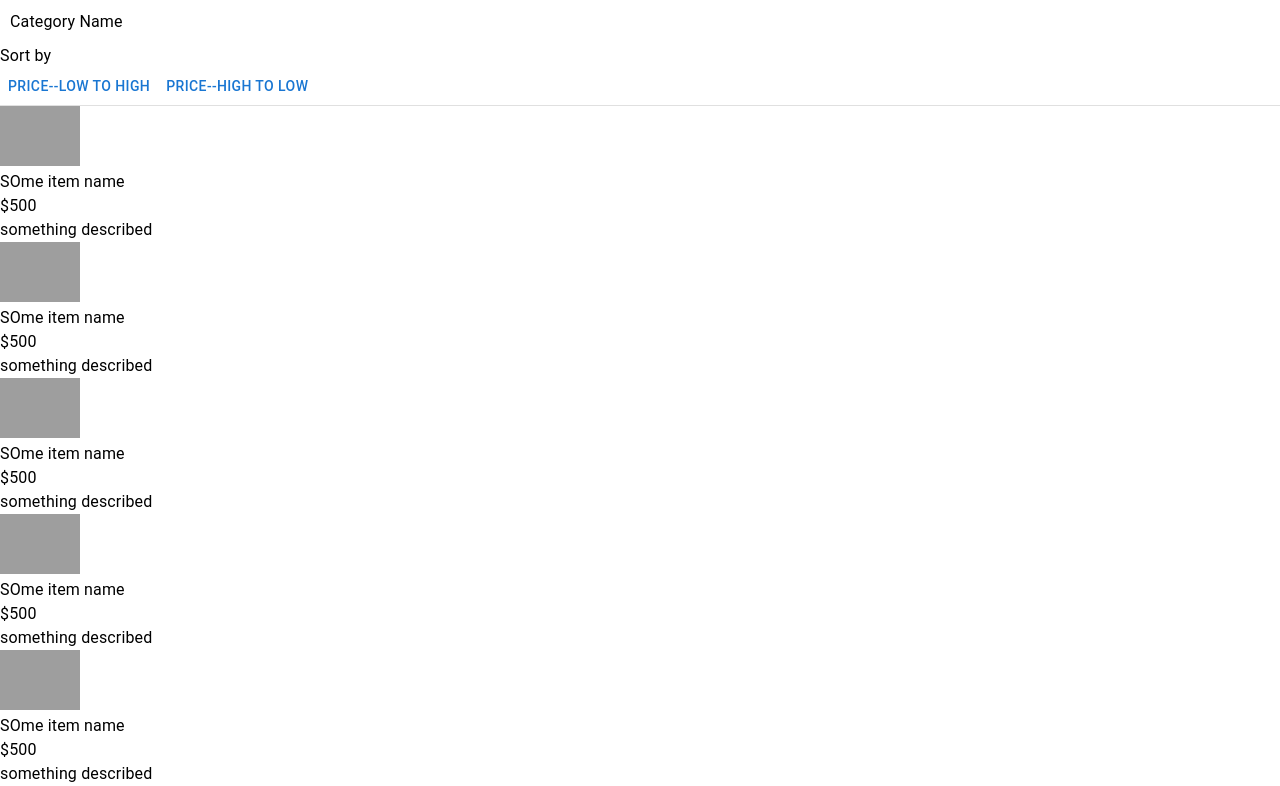
Repository: robin-fareye/reactjs-frontend-flipzone
Page: /
The author's editor kept a copy of each file at every save. The page is drawn from the files as they stood at one save, then again after the next save.
The browser window is 1280 px wide. The pictures show the whole page.
Pictures or frames that could not be fetched are drawn as grey boxes. The project was rebuilt for these pictures with package versions that can differ from the ones it lists, and the page was loaded fresh each time. Also part of the build but not shown: src/App.css, src/component/auth/Login.css, src/api/Login.js, src/component/auth/Login.js, src/component/category/Category.js, src/component/header/Header.css, src/component/header/Header.js, src/component/helper/Slide.css and 7 more.

Above is the page before, as saved 2022-11-14 19:20:16.

### src/App.js
import React from 'react';
import './App.css';
import Login from './component/auth/Login';
import Category from './component/category/Category';
import Header from './component/header/Header';
import Home from './component/home/Home';
import Cart from './component/Cart/Cart';
import ProductCatalouge from './component/ProductCatalogue/ProductCatalouge';
import ProductDetails from './component/ProductDetails/ProductDetails';
import CheckoutPage from './component/Checkout/CheckoutPage';
import RetailerAddProduct from './component/retailer/RetailerAddProduct';
function App() {
  return (
    <div>

      <ProductCatalouge/>

    </div>
  );
}

export default App;

### src/component/ProductCatalogue/ProductCatalouge.js
import { Box, Typography, Grid, Button, Divider } from '@mui/material'
import React, { useState, useEffect } from 'react'

const ProductCatalouge = () => {

    const [sort, setSort] = useState("asc");

    const getCardItem=(item)=>{
        return (
        <Box className='card-container'>
            <img
            style={{height:"60px"}}
            className='image-item-catalouge'
            src='https://rukminim1.flixcart.com/image/416/416/kcgk1ow0/headphone/n/u/a/235v2-fast-charging-boat-original-imaftk6us4af7bca.jpeg?q=70'
            alt='image'
            />
            <Typography>{item.name}</Typography>
            <Typography>{item.price}</Typography>
            <Typography>{item.description}</Typography>
        </Box>
        )
    }
    const catagories=["cat1","cat2","cat3","cat4"]
    const items=[
        {
            name:"SOme item name",
            price:"$500",
            description:"something described"
        },
        {
            name:"SOme item name",
            price:"$500",
            description:"something described"
        },
        {
            name:"SOme item name",
            price:"$500",
            description:"something described"
        },
        {
            name:"SOme item name",
            price:"$500",
            description:"something described"
        },
        {
            name:"SOme item name",
            price:"$500",
            description:"something described"
        },
    ]

    return (
        <Box className='catagory-container'>
            <Box className='container-header'>
                <Typography>Category Name</Typography>
            </Box>
            <Box className='container-body'>
                <Grid item lg={10}>
                    <Box className='sort'>
                        <Typography>Sort by</Typography>
                        {/* <Button onClick={() => setSort("popular")}>Popularity</Button> */}
                        <Button onClick={() => setSort("asc")}>Price--low to high</Button>
                        <Button onClick={() => setSort("desc")}>Price--high to low</Button>
                    </Box>
                    <Divider />
                    <Box className="inner-body">
                        {
                            items.sort((a, b) => sort === "asc" ? a.price - b.price : b.price - a.price)
                            .map((items) => {
                                return (
                                    getCardItem(items)
                                )
                            })
                        }
                    </Box>
                </Grid>
            </Box>
        </Box>
    )
}

export default ProductCatalouge

 {/* {
            items?.map((item)=>{
                return getCardItem(item)
            })
        } */}

### src/component/Cart/Cart.css
body{
    padding: 10px 70px;
}
.main-container{
    display: flex;
    height: 100vh;
}
.item-list{
    width: 65%;
}
.order-details{
    width: 35%;
}
.order-list-header{
    height: 60px;
    border: 1px solid rgb(172, 171, 171);

}
.item-count{
    font-weight: 800 !important;
    font-size: 22px !important;
    margin: 12px !important;
}
.card-list-container{
    margin-top: 10px;
    display: flex;
    height: 200px;
    border: 1px solid rgb(172, 171, 171);
    /* border-top: 0px; */
}
.image-and-count{
    width: 25%;
    display: flex;
    justify-content: center;
}
.description{
    padding: 10px;
    width: 75%;
}
.action-button-container{
    display: flex;
    align-items: center;
}
.counter{
    display: flex;
    height: 30px;
    width: 90px;
    border: 1px solid rgb(161, 159, 159);
    border-radius: 5px;
}
.add-box{
    width: 30px;
    display: flex;
    justify-content: center;
    align-items: center;
}
.remove-box{
    width: 30px;
    display: flex;
    justify-content: center;
    align-items: center;
}
.count-box{
    width: 30px;
    border-right:1px solid rgb(161, 159, 159);
    border-left:1px solid rgb(161, 159, 159);
    display: flex;
    justify-content: center;
    align-items: center;
}
.summery-card{
    border: 1px solid rgb(172, 171, 171);
    margin-left: 20px;

}
.summery-header{
    border-bottom: 1px solid rgb(172, 171, 171);
    height: 60px;
    display: flex;
    padding-left: 10px;
    align-items: center;
}
.summery-content{
    padding:12px;
}
.table-structure{
    margin-bottom: 20px;
    display: flex;
    justify-content: space-between;
}

### src/component/Checkout/CheckoutPage.css
body {
    padding: 0px;
    margin: 0px;
}

.checkout-container {
    display: flex;

}

.address-container {
    width: 50%;
    height: 60px;
    padding: 20px;
}

.payment-details {
    padding: 20px;
    width: 50%;
}

.address-table {
    border: 1px solid rgba(139, 138, 138, 0.664);
    padding: 20px;
    display: flex;
    flex-direction: column;
}

.checkout-fields {
    margin: 10px !important;
}

.payment-table {
    border: 1px solid rgba(139, 138, 138, 0.664);
    padding: 20px;
    display: flex;
    flex-direction: column;
    justify-content: center;
}

.order-button {

    width: 30%;
    margin-top: 20px !important;
    margin-left: 11px !important;
}

### src/component/retailer/RetailerAddProduct.css
.main-container{
    display: flex;
    flex-direction: column;
    align-items: center;
    justify-content: center;
}
.container-header{
    margin-bottom: 20px !important;
    margin: 10px !important;
}
.text-field{
    margin: 10px !important;
}
.add-button{
    margin-top: 10px !important;
    background-color: #0D4C92;
    color: aliceblue;
    font-weight: 600;
    margin: 10px !important;
}

### src/component/category/Category.css
.cat-component {
    /* background-color: #CFF5E7; */
    justify-content: 'space-between';
    margin: '55px 130px 0 130px';
    overflow-x: 'overlay';
    display: flex;
    flex-direction: row;
    padding:0, 50px;
    /* [theme.breakpoints.down('md')]: {
        margin: 0;
    } */
}

.cat-container {
    flex: 1;
    padding: '12px 8px';
    text-align: 'center';
    align-items: center;
    display: flex;
    flex-direction: column;
}

.cat-image {
    width: 100px;
    height: 100px;
}

.cat-text {
    font-size: 14;
    font-weight: 600;
    font-family: 'inherit';
    text-align: center;
}

Loaded but not shown: public/index.html (common file); src/index.js (common file); src/index.css (common file); src/reportWebVitals.js (common file)

After the next save:
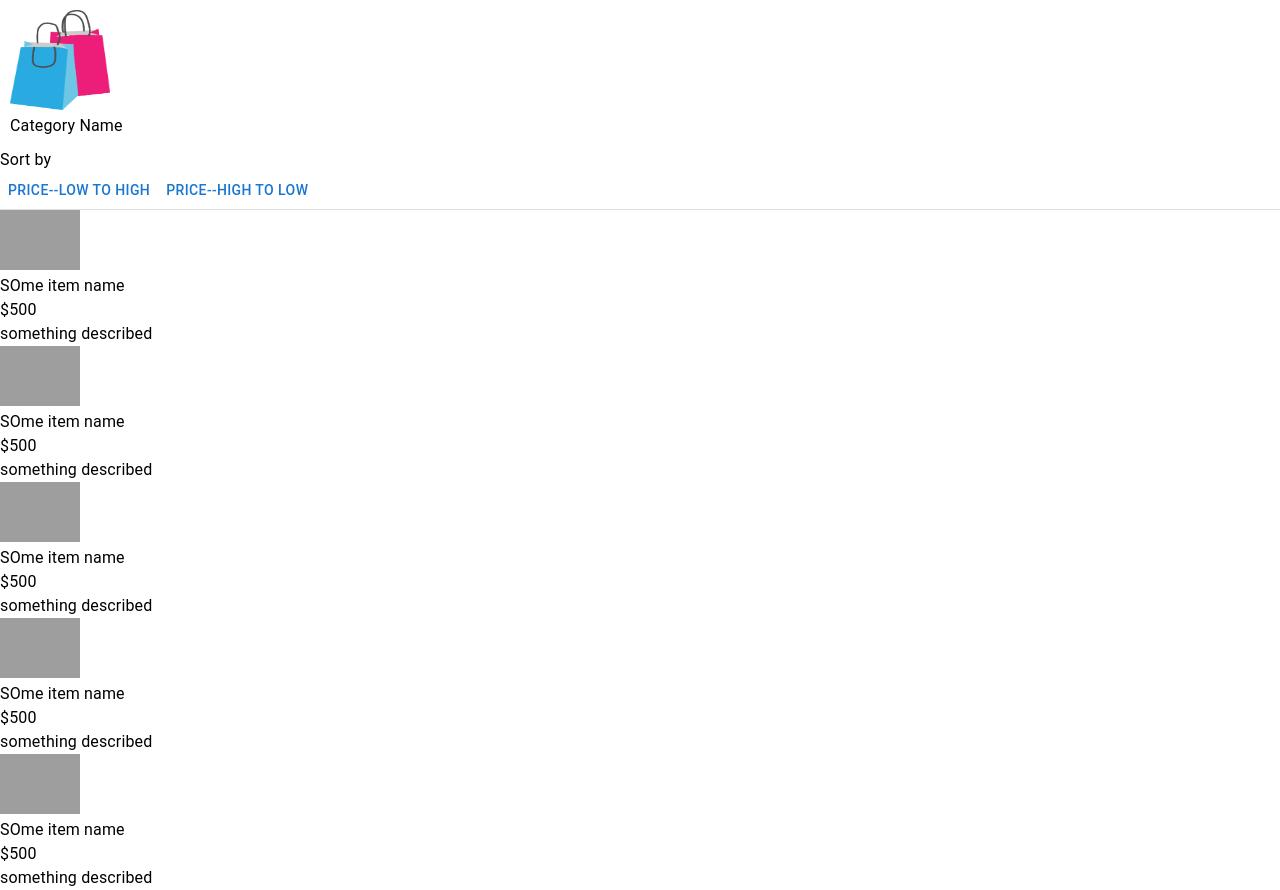
Saved 2 min 36 s later.
--- a/src/component/ProductCatalogue/ProductCatalouge.js
+++ b/src/component/ProductCatalogue/ProductCatalouge.js
@@ -52,6 +52,11 @@ const ProductCatalouge = () => {
     return (
         <Box className='catagory-container'>
             <Box className='container-header'>
+                <img
+                    src={require('../../assets/logo.png')}
+                    alt="category"
+                    className="cat-image"
+                    />
                 <Typography>Category Name</Typography>
             </Box>
             <Box className='container-body'>
